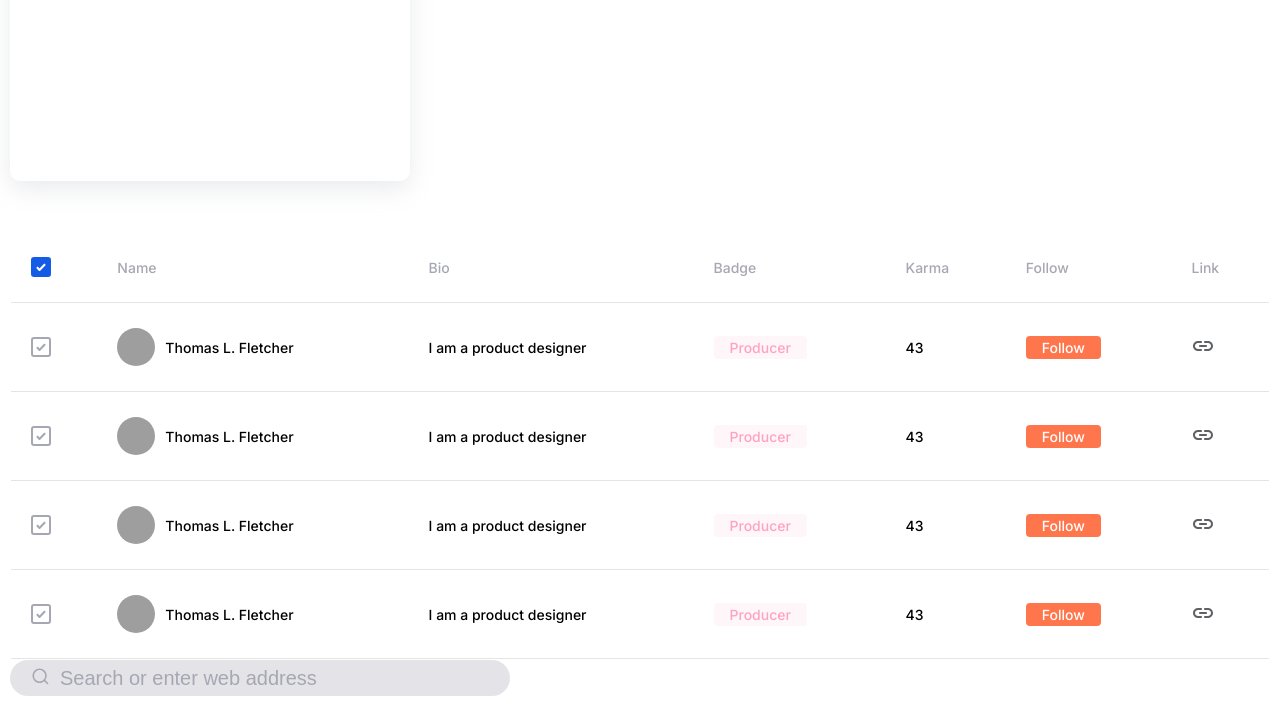
Repository: anhphapap/CSS
Page: test.html
These files come from the project's save history. The page is drawn as it stood at one moment and after a run of saves; the edit follows.
The browser window is 1280 px wide. The pictures show the part of the page from y = 642 to 1368 px (the page is 1348 px tall before and 1368 px after).
Pictures or frames that could not be fetched are drawn as grey boxes. A picture or video elsewhere on the page could not be fetched, so the positions and the page height are approximate.

Above is the page before, as saved 2023-04-09 22:16:56.

After the next 7 saves:
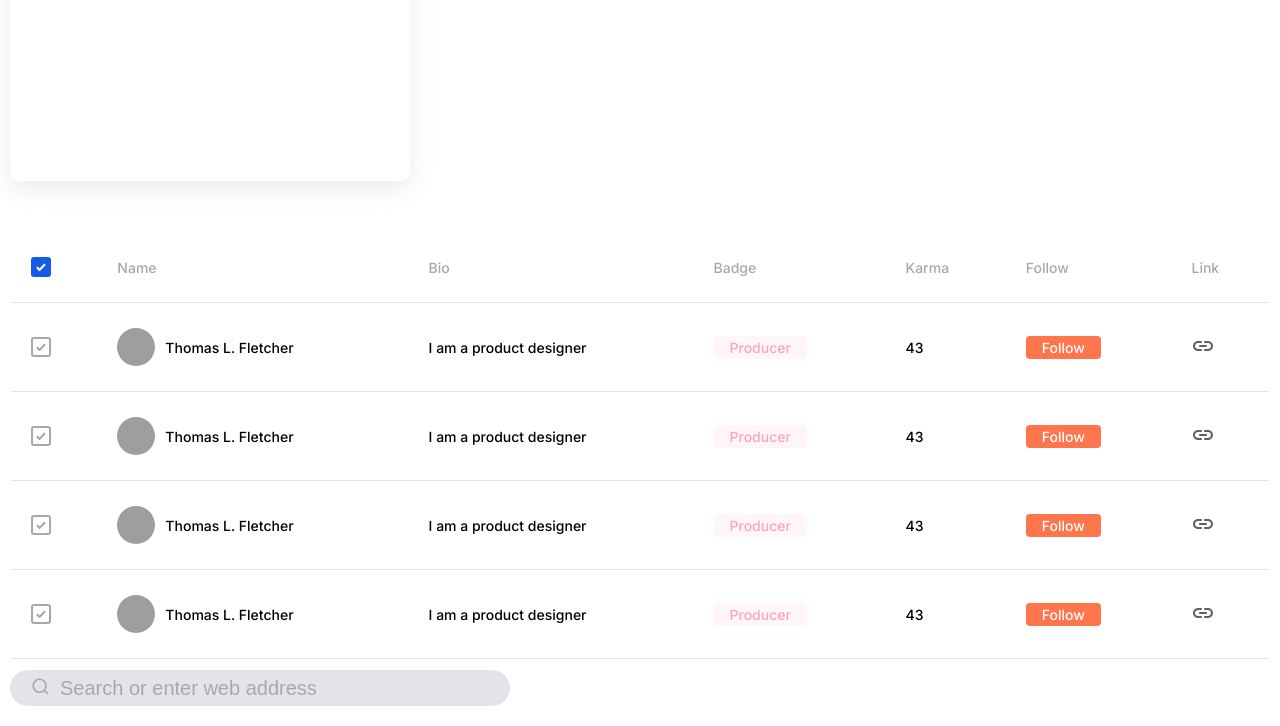
The 7 saves are shown as one change because they came seconds apart.
The last was saved 21 s later.
--- a/CSS/test.css
+++ b/CSS/test.css
@@ -385,6 +385,7 @@ td,th{
 
 .input-cus{
     position: relative;
+    margin-block: 10px;
 }
 
 .input-search{
